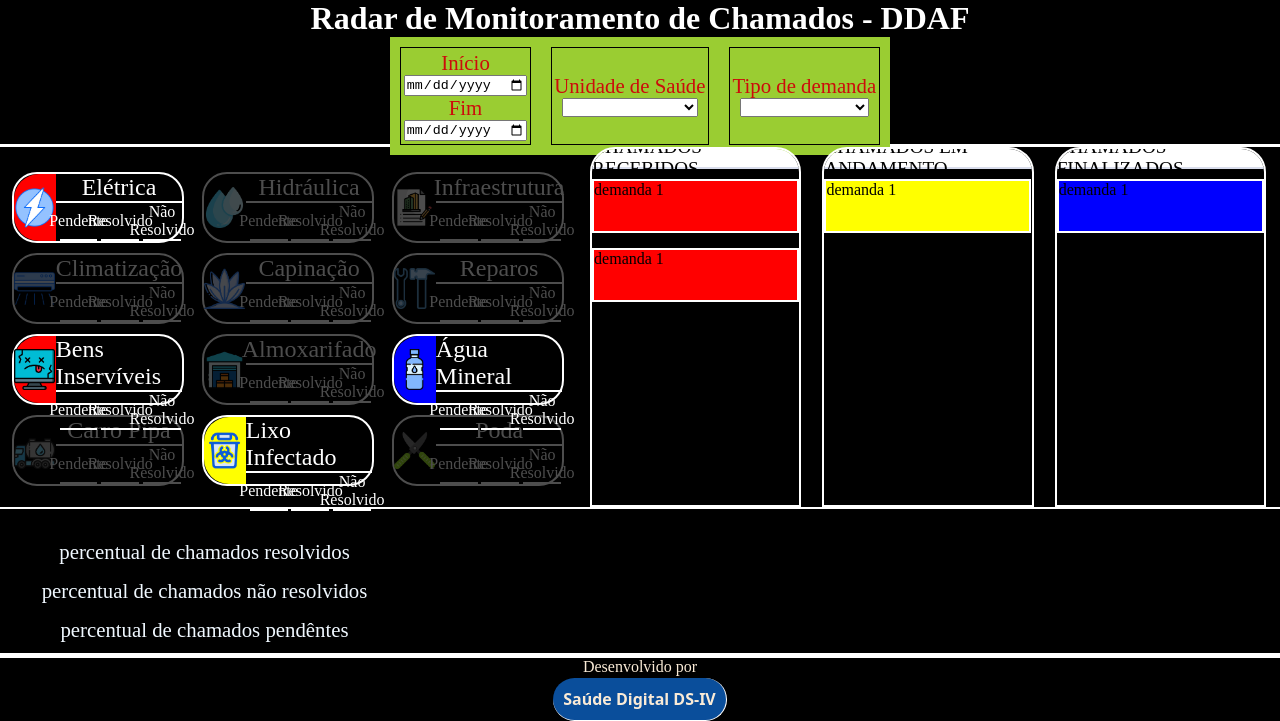
Repository: br-on/ddaf-chamados
Page: index.html
These files come from the project's save history. The page is drawn as it stood at one moment and after the next save; the edit follows.
The browser window is 1280 px wide. The pictures show the whole page.

Above is the page before, as saved 2025-01-25 01:09:05.

After the next save:
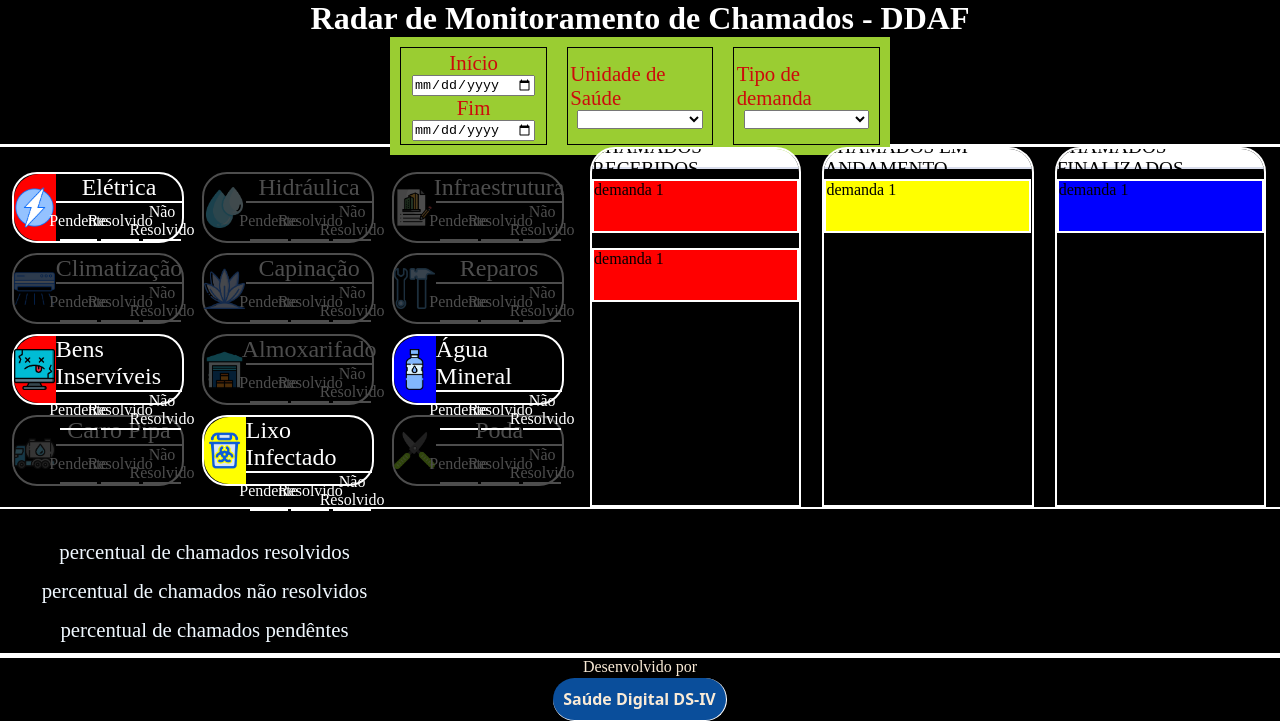
Saved 12 s later.
--- a/style.css
+++ b/style.css
@@ -241,7 +241,7 @@ footer {
         color: rgb(204, 11, 11);
         font-size: 1.3em;
         display: flex;
-        width: auto;
+        width: 100%;
         padding: 2.5px;
         border: solid 1px black;
     }
